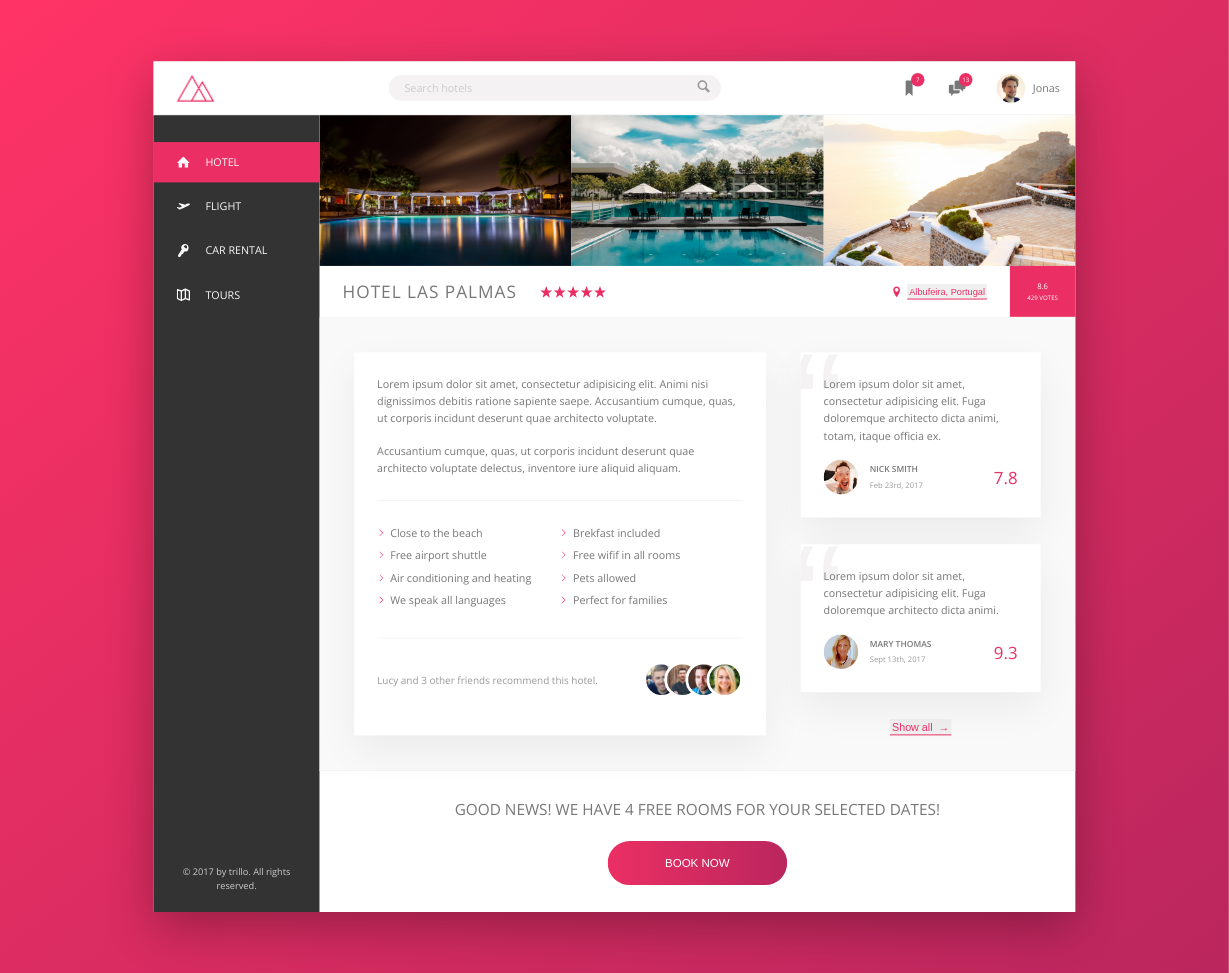
Repository: MalgorzataMazur/Trillo
Page: index.html
An editor plug-in stored every save of this project. The page is shown before and after the next save, followed by the edit.
The browser window is 1280 px wide. The pictures show the whole page, at 96% of full size.
The style sheet was rebuilt from its Sass, Less or Tailwind sources for each picture, by a compiler version that may differ from the author's.

Above is the page before, as saved 2020-03-29 15:21:04.

After the next save:
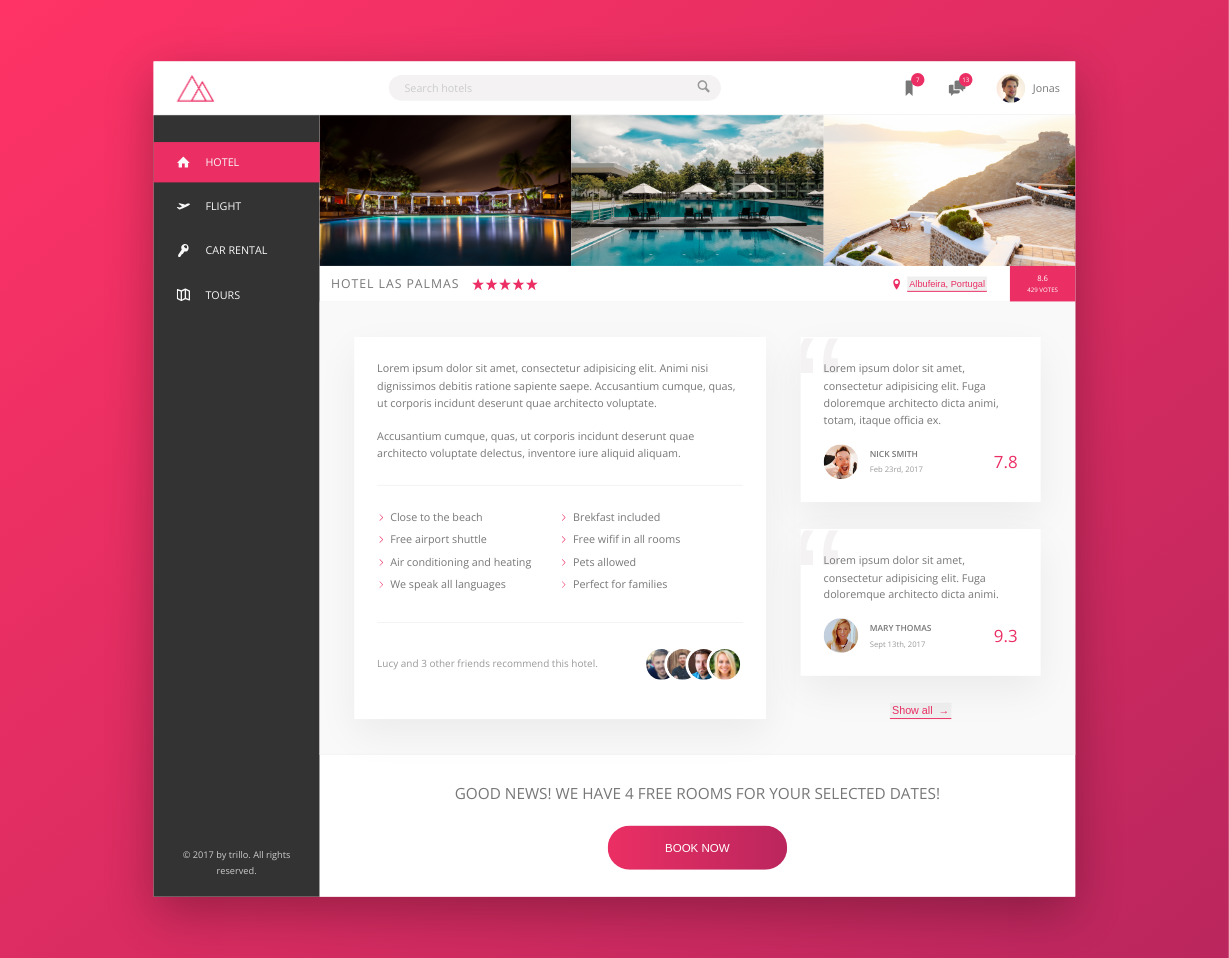
Saved 47 s later.
--- a/sass/_components.scss
+++ b/sass/_components.scss
@@ -272,10 +272,10 @@
             padding: 1.25rem 2rem;
         }
 
-        // @media only screen and (min-width: $bp-small) {
-        //     font-size: 1.6rem;
-        //     padding: 1rem 1.5rem;
-        // }
+        @media only screen and (min-width: $bp-small) {
+            font-size: 1.6rem;
+            padding: 1rem 1.5rem;
+        }
 
 
 
